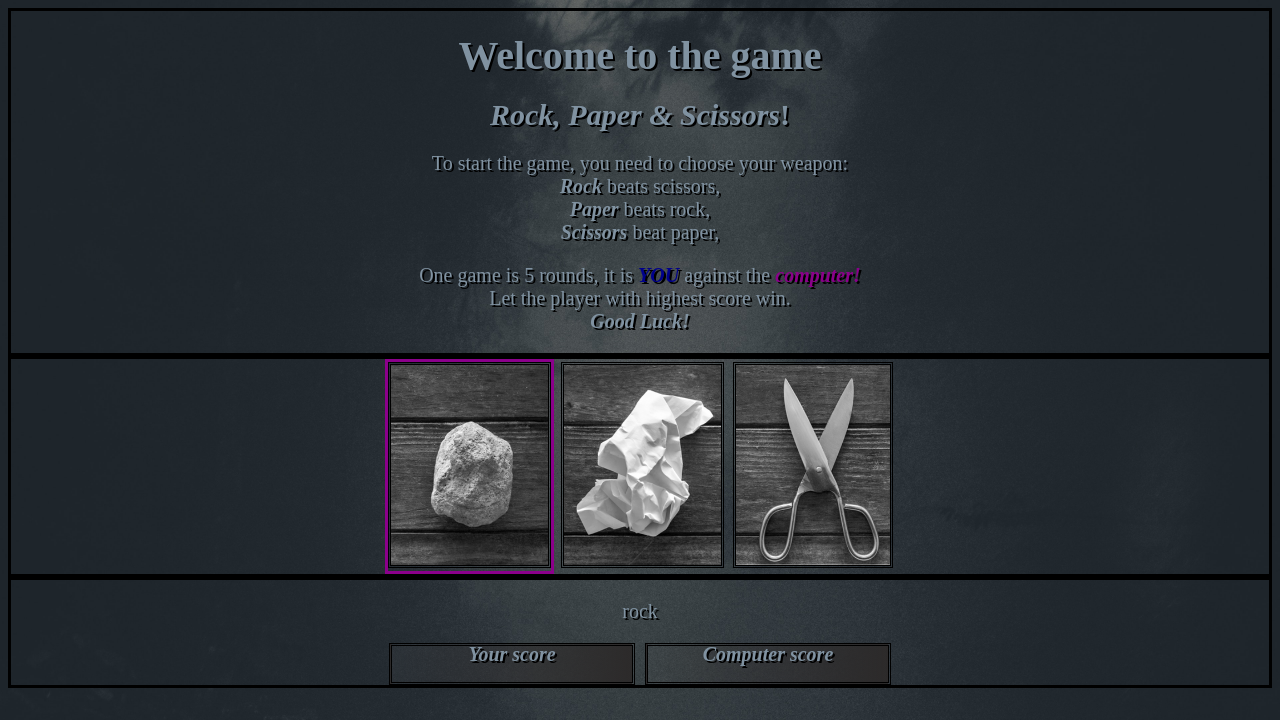
Repository: agneta1991/rock-paper-scissors
Page: Desktop/coding/index.html
An editor plug-in stored every save of this project. The page is shown before and after the next save, followed by the edit.
The browser window is 1280 px wide. The pictures show the whole page.
After loading, the first visible `button.rock` was clicked once.

Above is the page before, as saved 2023-03-03 09:32:11.

After the next save:
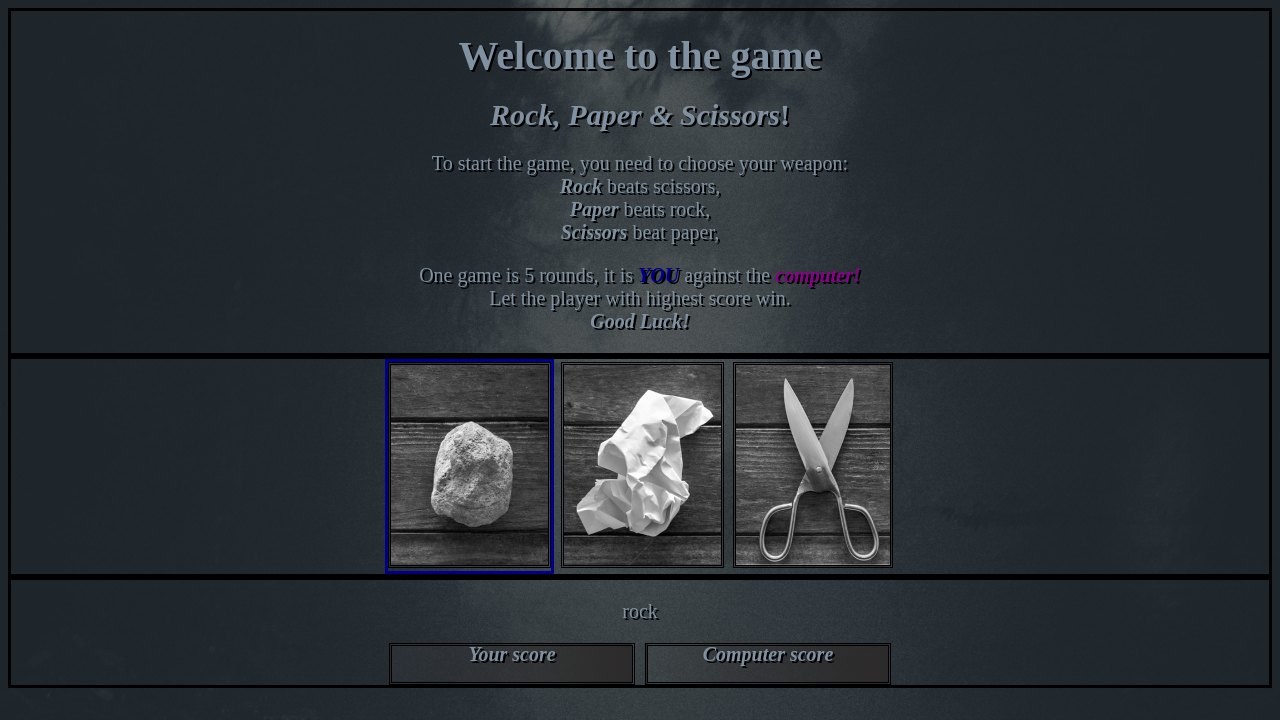
Saved 4 min 26 s later.
--- a/Desktop/coding/javascript.js
+++ b/Desktop/coding/javascript.js
@@ -13,9 +13,17 @@ btn.forEach((individualBtn)=>{
         if (playerChoice === 'rock' || 'paper' || 'scissors'){
             individualBtn.style.border = 'solid darkblue';
         };
+
         let computerChoice= getComputerChoice();
-        if (computerChoice === 'rock' || 'paper' || 'scissors'){
-            individualBtn.style.border = 'solid darkmagenta';
+        if (computerChoice === 'rock'){
+            let rock = document.getElementsByClassName('rock');
+            rock.style.border ='solid darkmagenta';
+        }else if(computerChoice === 'paper'){
+            let paper = document.getElementsByClassName('paper');
+            paper.style.border ='solid darkmagenta';
+        }else if(computerChoice==='scissors'){
+            let scissors = document.getElementsByClassName('scissors');
+            scissors.style.border ='solid darkmagenta';
         };
 
 
